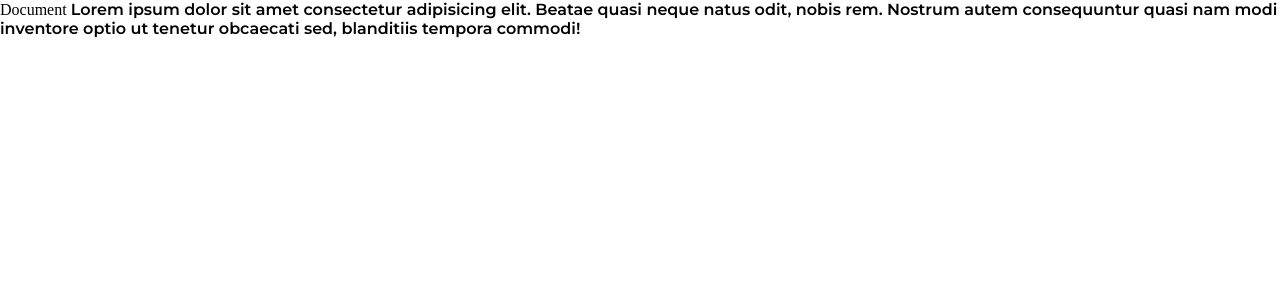
Repository: tranvantai2905/likelion
Page: WEEK-1/BUOI-5/bai_tap_7_tran_van_tai/index.html
These files come from the project's save history. The page is drawn as it stood at one moment and after the next save; the edit follows.
The browser window is 1280 px wide. The pictures show the whole page.

Above is the page before, as saved 2024-06-21 09:35:51.

### WEEK-1/BUOI-5/bai_tap_7_tran_van_tai/index.html
<!DOCTYPE html>
<html lang="en">
  <head>
    <meta charset="UTF-8" />
    <meta name="viewport" content="width=device-width, initial-scale=1.0" />
    <title>Document</title>
    <link rel="preconnect" href="https://fonts.googleapis.com" />
    <link rel="preconnect" href="https://fonts.gstatic.com" crossorigin />
    <link
      href="https://fonts.googleapis.com/css2?family=Montserrat:ital,wght@0,100..900;1,100..900&display=swap"
      rel="stylesheet"
    />
    <link rel="stylesheet" href="style.css" />
  </head>
  <body>
    <main>
      <section>
        <p class="momterrat">
          Lorem ipsum dolor sit amet consectetur adipisicing elit. Beatae quasi
          neque natus odit, nobis rem. Nostrum autem consequuntur quasi nam modi
          inventore optio ut tenetur obcaecati sed, blanditiis tempora commodi!
        </p>
      </section>
    </main>
  </body>
</html>

### WEEK-1/BUOI-5/bai_tap_7_tran_van_tai/style.css
* {
  all: unset;
}

body {
  font-family: "Montserrat", sans-serif;
  font-optical-sizing: auto;
  font-weight: 600;
  font-style: normal;
}

After the next save:
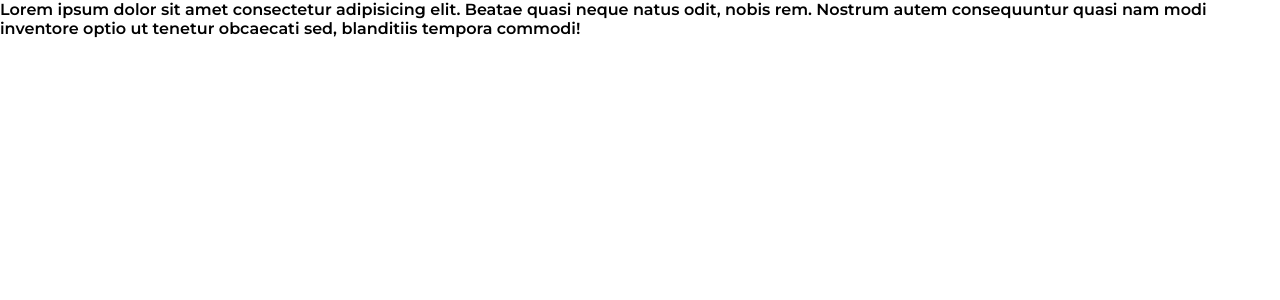
Saved 12 min 58 s later.
--- a/WEEK-1/BUOI-5/bai_tap_7_tran_van_tai/style.css
+++ b/WEEK-1/BUOI-5/bai_tap_7_tran_van_tai/style.css
@@ -1,5 +1,6 @@
 * {
-  all: unset;
+  padding: 0px;
+  margin: 0px;
 }
 
 body {
